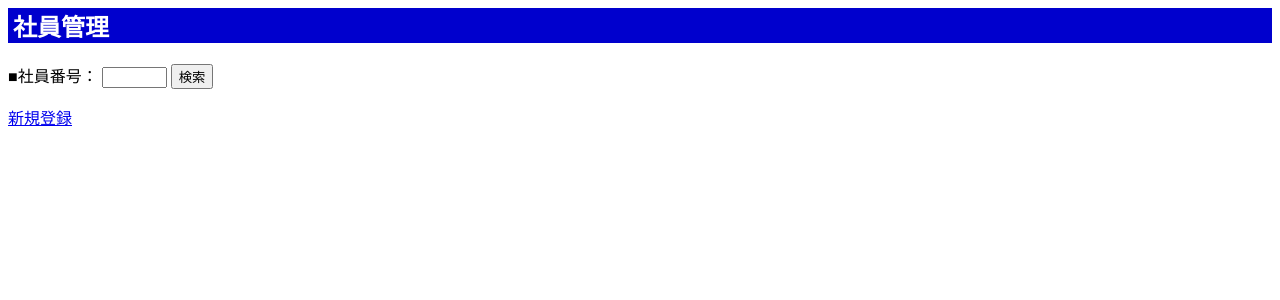
Repository: eb-communicationservice/php_study
Page: http://localhost/views/scripts/members/index.php
The author's editor kept a copy of each file at every save. The page is drawn from the files as they stood at one save, then again after the next save.
The browser window is 1280 px wide. The pictures show the whole page.
The page is run by PHP 8.4 with error messages shown; the project is at /var/www/html/.

Above is the page before, as saved 2015-12-06 11:19:59.

After the next save:
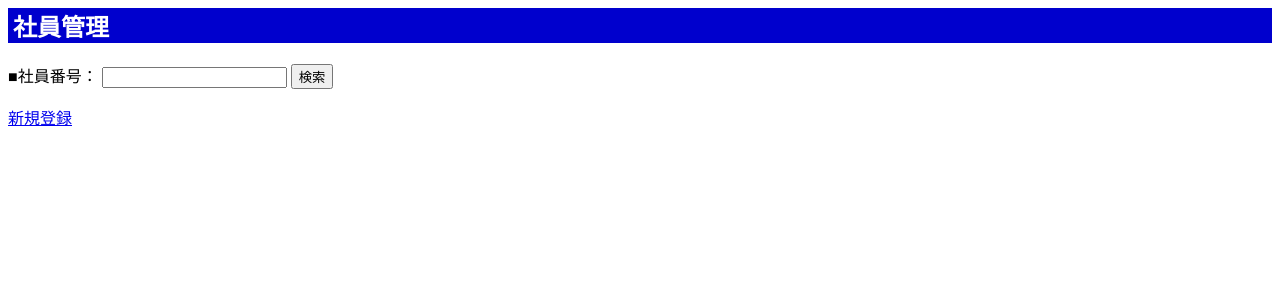
Saved 34 min 35 s later.
--- a/kadai01/views/scripts/members/index.php
+++ b/kadai01/views/scripts/members/index.php
@@ -7,8 +7,8 @@
 		<h2>社員管理</h2>
 	</div>
 	<form action="indexController.php" method="post">
-		<label for="member_id">■社員番号：</label>
-		<input id="member_id" type="text" name="member_id" size="5" maxlength="6" value="" />
+		<label for="memberId">■社員番号：</label>
+		<input id="memberId" type="number" name="memberId" size="5" maxlength="6" value="" />
 		<input type="submit" value="検索" />
 	</form>
 	<a href="registMember.php">新規登録</a>

After the save that followed:
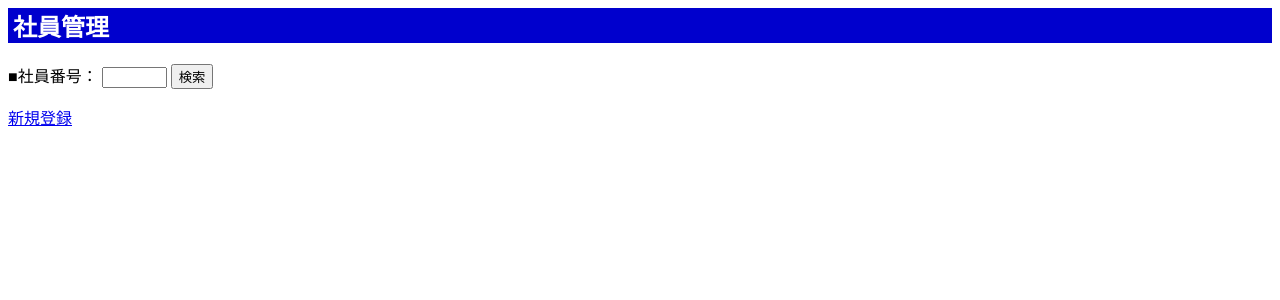
Saved 28 s later.
--- a/kadai01/views/scripts/members/index.php
+++ b/kadai01/views/scripts/members/index.php
@@ -8,7 +8,7 @@
 	</div>
 	<form action="indexController.php" method="post">
 		<label for="memberId">■社員番号：</label>
-		<input id="memberId" type="number" name="memberId" size="5" maxlength="6" value="" />
+		<input id="memberId" type="text" name="memberId" size="5" maxlength="6" value="" />
 		<input type="submit" value="検索" />
 	</form>
 	<a href="registMember.php">新規登録</a>
